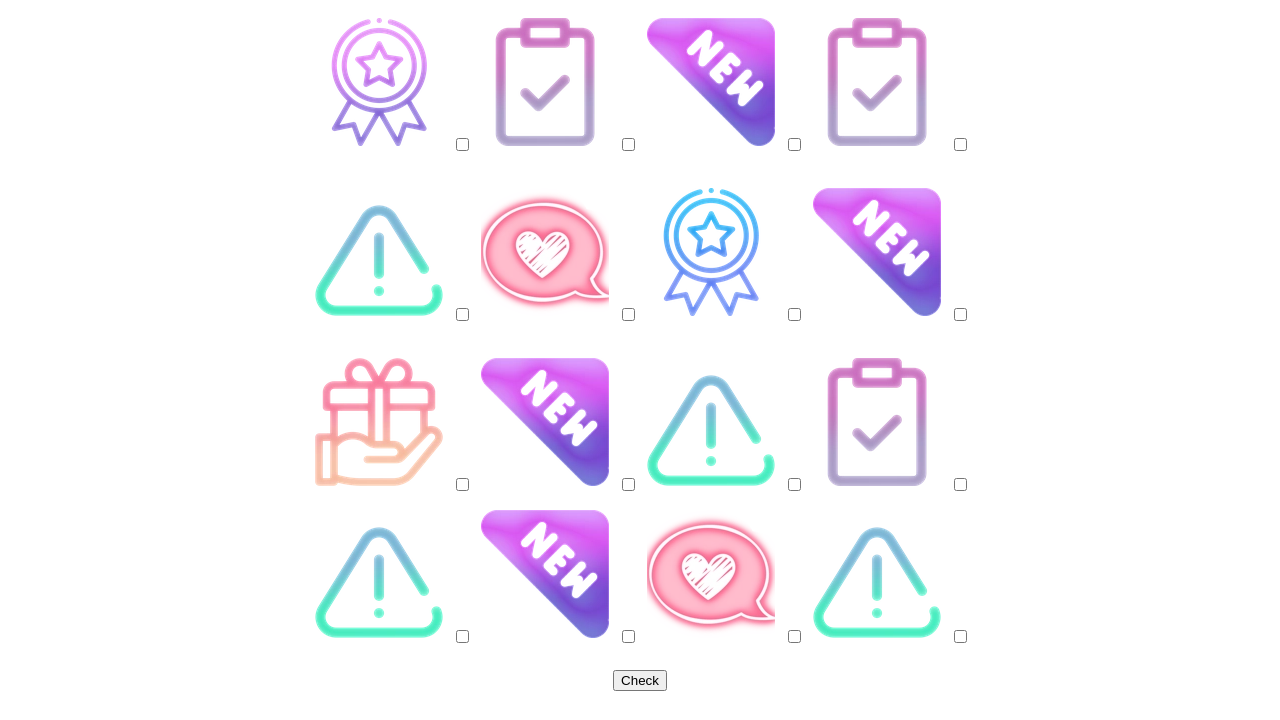
Repository: vichubenzene/-MWin_ui
Page: main.html
An editor plug-in stored every save of this project. The page is shown before and after the next save, followed by the edit.
The browser window is 1280 px wide. The pictures show the whole page.

Above is the page before, as saved 2022-10-10 16:47:25.

After the next save:
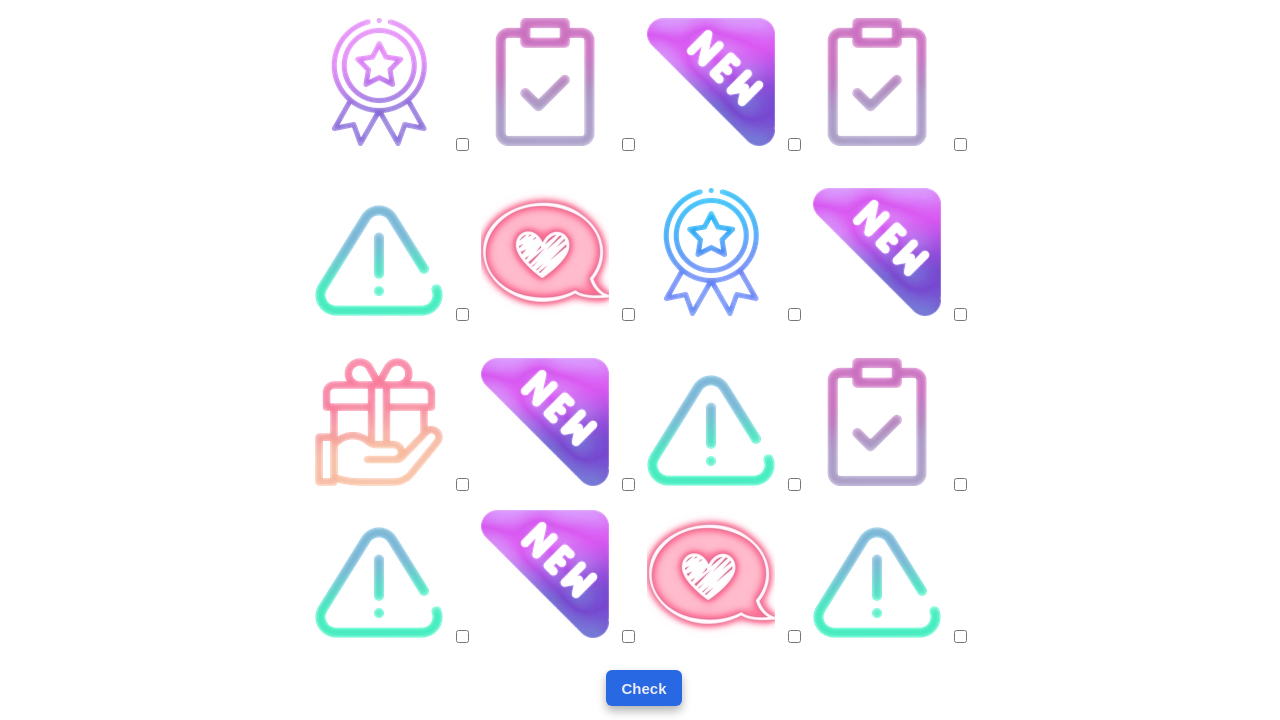
Saved 23 s later.
--- a/main.html
+++ b/main.html
@@ -95,7 +95,7 @@
     </div>
     <br>
     <div style="text-align: center;">
-        <button onclick="check()">Check</button>
+        <button onclick="check()" class="server-button">Check</button>
 
     </div>
     <script>
